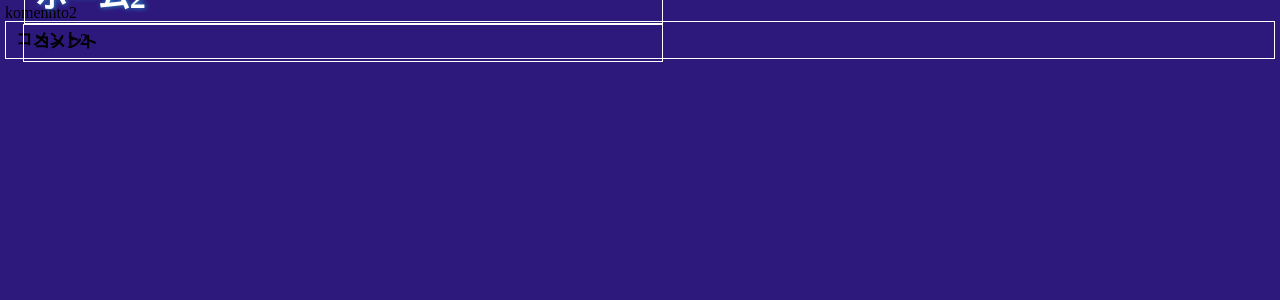
Repository: azuma2/tui2b
Page: http://localhost/come
The author's editor kept a copy of each file at every save. The page is drawn from the files as they stood at one save, then again after the next save.
The browser window is 1280 px wide. The pictures show the whole page.
The page is served by the project's Laravel application, run on PHP 8.4 with Laravel 8. Queries for data that is not in the repository find no rows.

Above is the page before, as saved 2022-03-29 02:14:33.

After the next save:
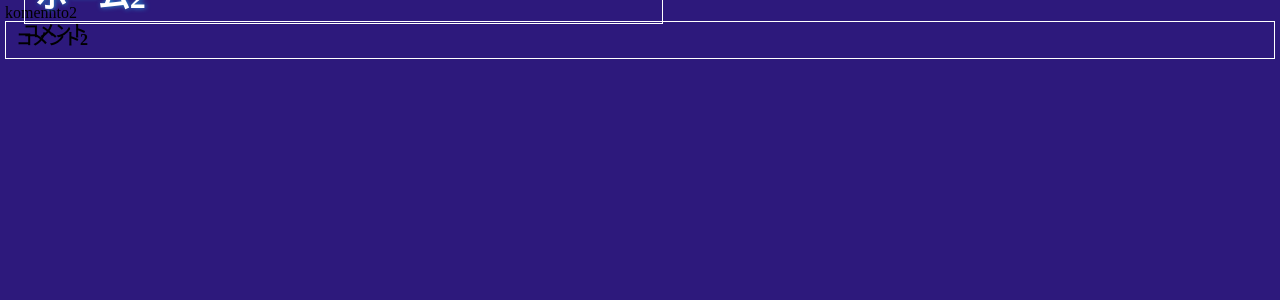
Saved 5 s later.
--- a/resources/views/come.blade.php
+++ b/resources/views/come.blade.php
@@ -167,7 +167,7 @@ font-size:28px;
           </tr>
           @endforeach
 
-                <h3 class="title">コメント</h3>
+                <h3 class="title2">コメント</h3>
 
 
 
